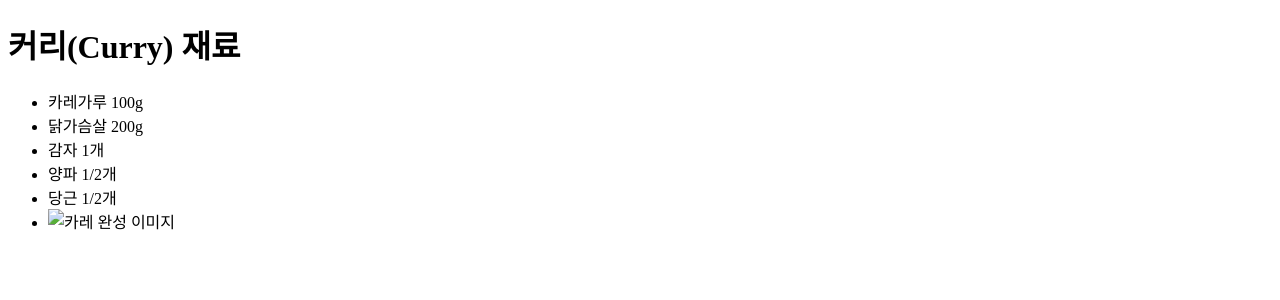
Repository: masima305/html_study
Page: Ex_1220/WebContent/day1/curry.html
These files come from the project's save history. The page is drawn as it stood at one moment and after the next save; the edit follows.
The browser window is 1280 px wide. The pictures show the whole page.

Above is the page before, as saved 2017-12-20 06:54:15.

### Ex_1220/WebContent/day1/curry.html
<!DOCTYPE html>
<html>
	<head>
		<meta charset="UTF-8">
		<title>Insert title here</title>
	</head>
	<body>
		<h1> 커리(Curry) 재료</h1>

		<ul>
			<li>카레가루 100g</li>
			<li>닭가슴살 200g</li>
			<li>감자 1개</li>
			<li>양파 1/2개</li>
			<li>당근 1/2개</li>
			<li>
				<img alt="카레 완성 이미지" src="#">
			</li>




		</ul>
	</body>
</html>

After the next save:
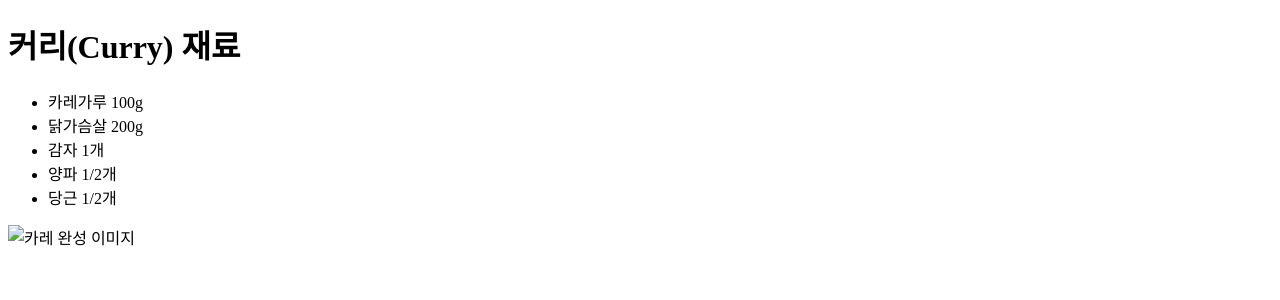
Saved 27 s later.
--- a/Ex_1220/WebContent/day1/curry.html
+++ b/Ex_1220/WebContent/day1/curry.html
@@ -13,13 +13,8 @@
 			<li>감자 1개</li>
 			<li>양파 1/2개</li>
 			<li>당근 1/2개</li>
-			<li>
-				<img alt="카레 완성 이미지" src="#">
-			</li>
-
-
-
 
 		</ul>
+		<img alt="카레 완성 이미지" src="#">
 	</body>
 </html>
